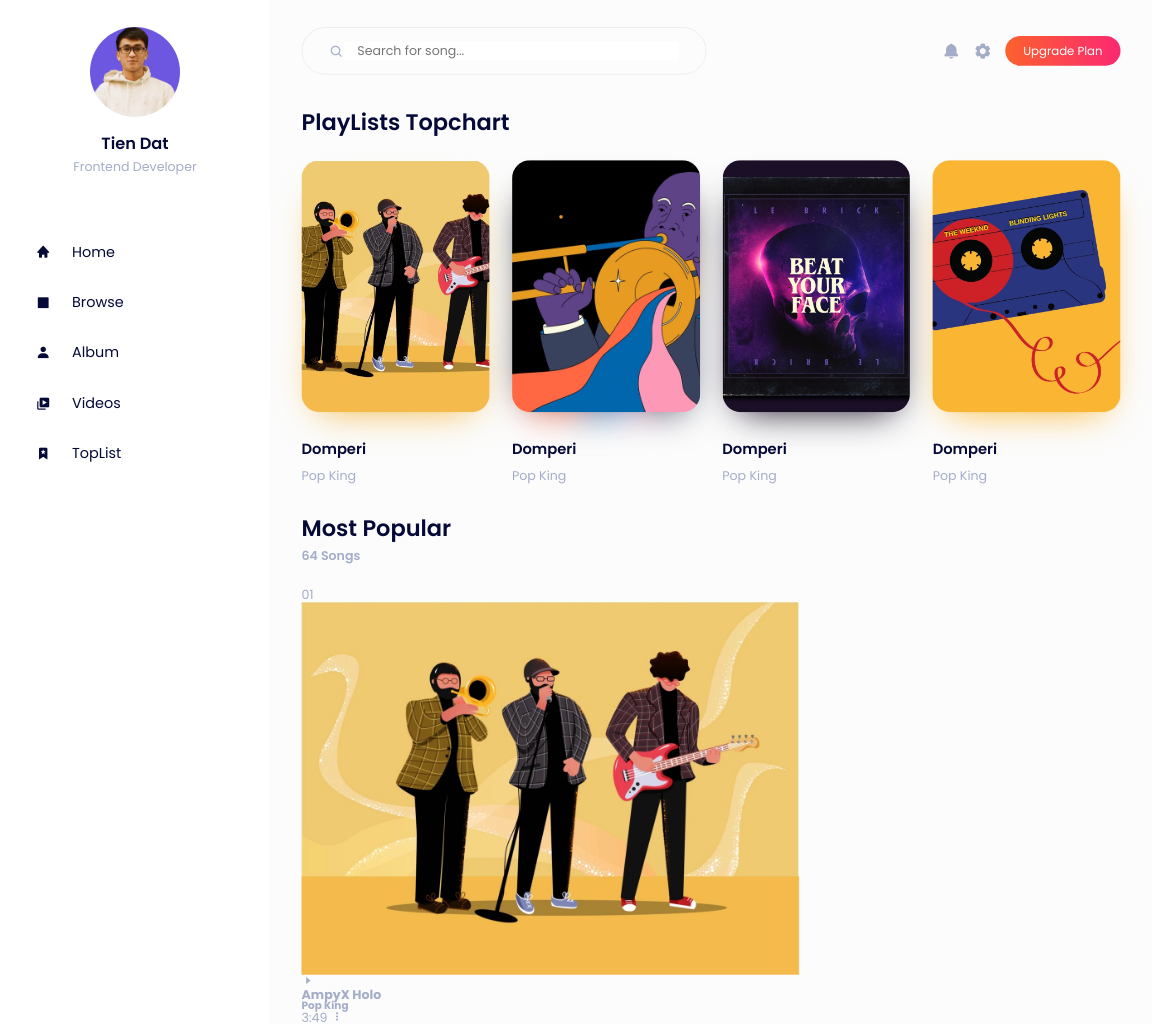
Repository: Datt21/music-webapp
Page: index.html
The author's editor kept a copy of each file at every save. The page is drawn from the files as they stood at one save, then again after the next save.
The browser window is 1280 px wide. The pictures show the whole page, at 90% of full size.
The style sheet was rebuilt from its Sass, Less or Tailwind sources for each picture, by a compiler version that may differ from the author's.

Above is the page before, as saved 2021-09-05 06:08:21.

After the next save:
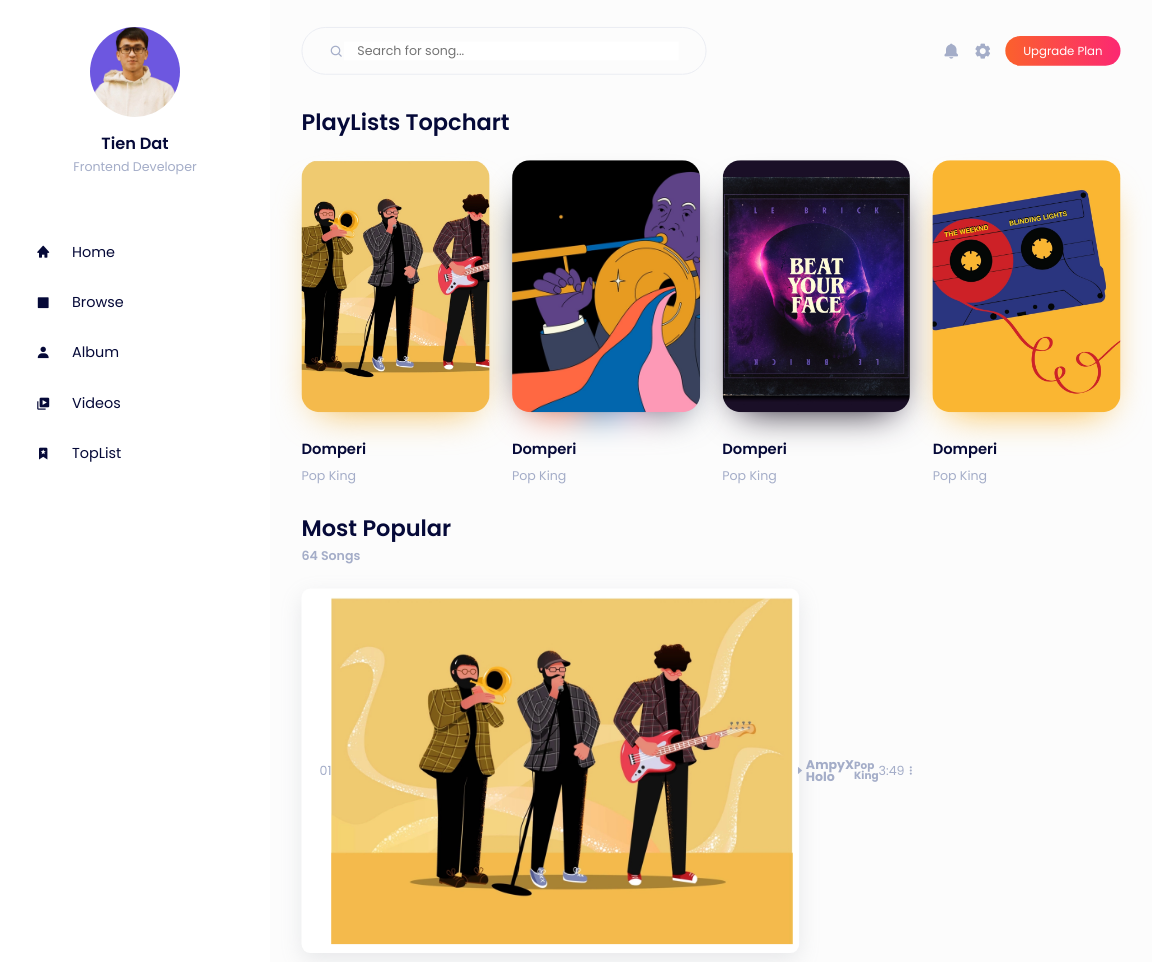
Saved 2 min 3 s later.
--- a/app.scss
+++ b/app.scss
@@ -229,3 +229,14 @@
     grid-template-columns: 2fr 1.2fr;
     grid-gap: 25px;
 }
+
+.song {
+    padding: 10px 20px;
+    background-color: white;
+    border-radius: 10px;
+    box-shadow: rgba(149, 157, 165, 0.2) 0px 8px 24px;
+    display: flex;
+    align-items: center;
+    margin-bottom: 10px;
+    cursor: pointer;
+}
